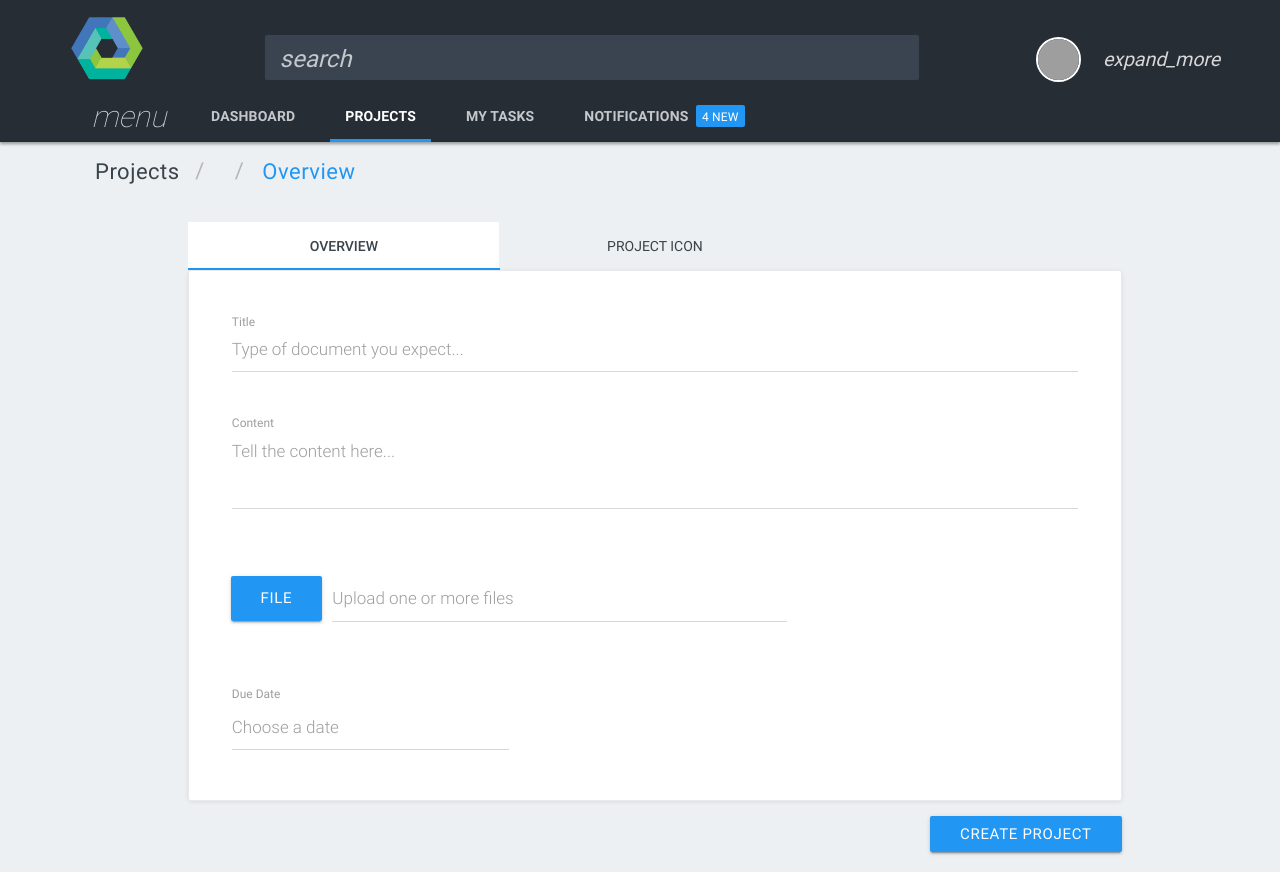
Repository: RenanChagas/ProjectManagement
Page: http://localhost/finalproject/WEB-INF/views/projectDetail.jsp
The author's editor kept a copy of each file at every save. The page is drawn from the files as they stood at one save, then again after the next save.
The browser window is 1280 px wide. The pictures show the whole page.
Pictures or frames that could not be fetched are drawn as grey boxes. The page is served by Tomcat 9. Nobody is signed in. The template is opened directly, without the code that normally fills it, so the values that code supplies are empty.

Above is the page before, as saved 2017-09-11 00:57:14.

After the next save:
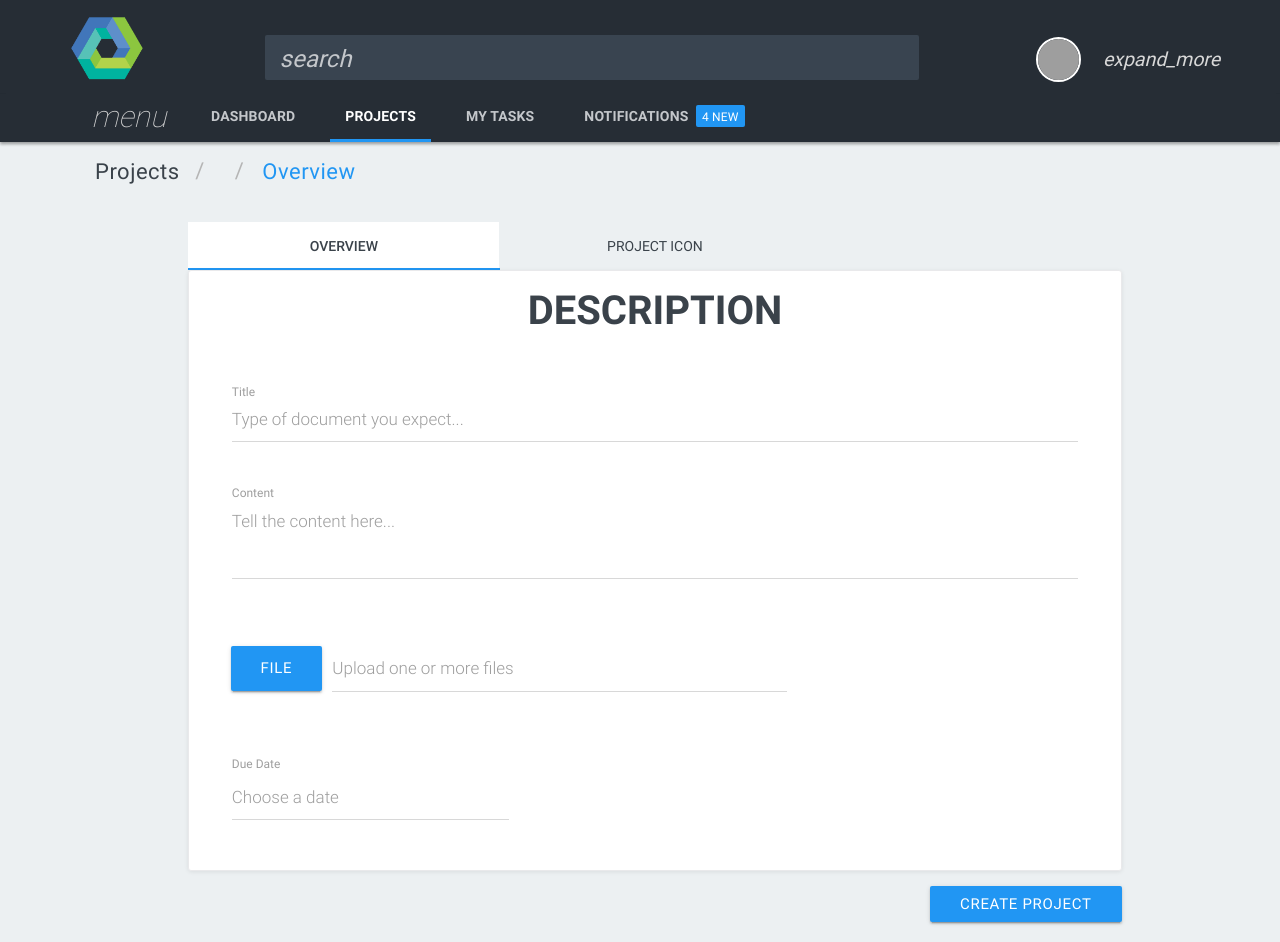
Saved 2 min 1 s later.
--- a/finalproject/src/main/webapp/WEB-INF/views/projectDetail.jsp
+++ b/finalproject/src/main/webapp/WEB-INF/views/projectDetail.jsp
@@ -189,6 +189,11 @@
             	<!-- CARD TAB -->
               	<div class="col s12 MDC-card">
                 	<div class="MDC-card-news-container">
+                		<!-- TAB TITLE -->
+                        <div class="row MDC-margin-bottom40 center">
+                        	<font class="MDC-font-40 MDC-font-bold MDC-color-grey-dark-2">DESCRIPTION</font>
+                        </div>
+
                 		<!-- Title -->
                         <div class="row MDC-margin-top40">
                            	<div class="input-field col s12">
